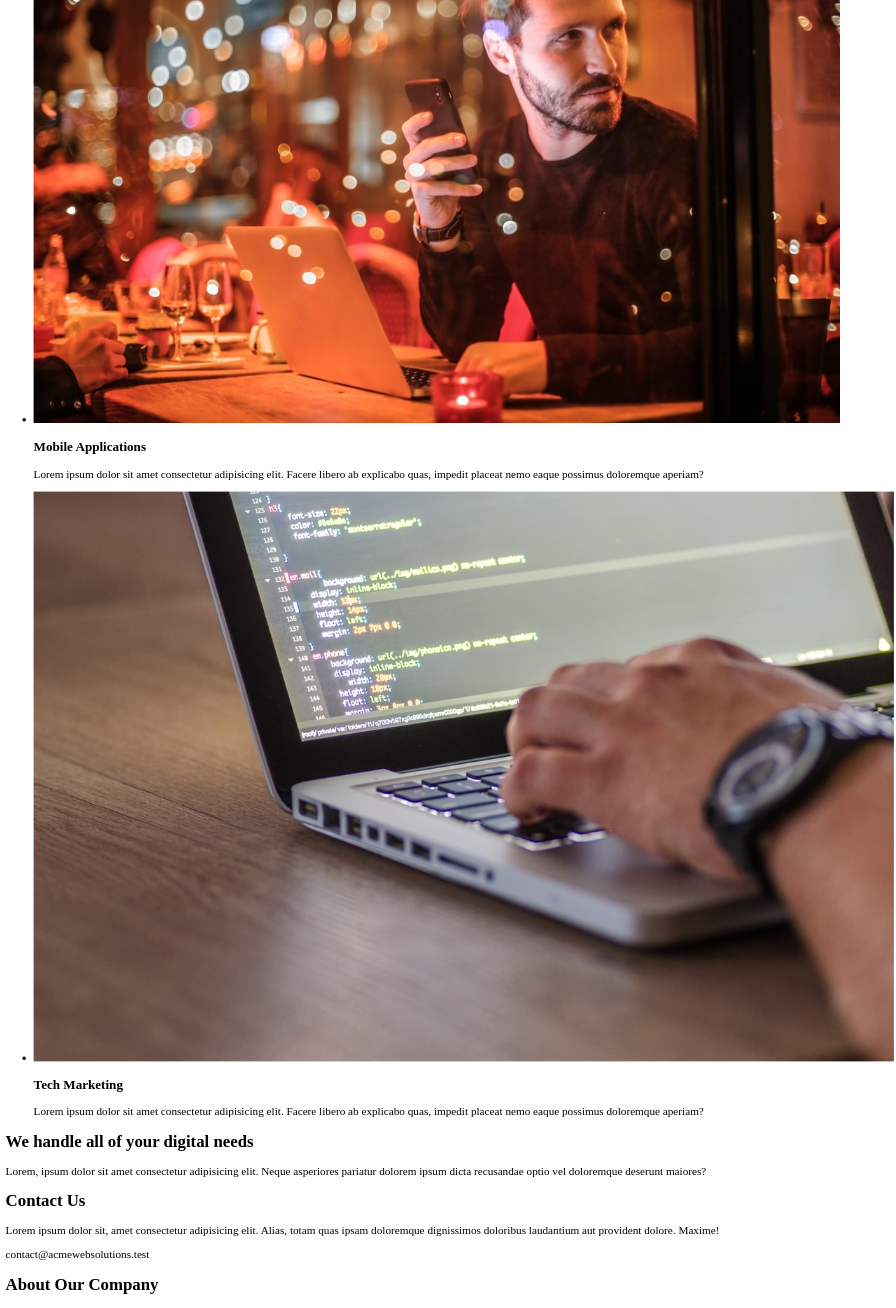
Repository: ErikBaer/MobileFirst
Page: index.html
The author's editor kept a copy of each file at every save. The page is drawn from the files as they stood at one save, then again after the next save.
The browser window is 1280 px wide. The pictures show the part of the page from y = 1325 to 3245 px (the page is 3193 px tall before and 3245 px after), at 70% of full size.

Above is the page before, as saved 2020-02-15 02:32:57.

After the next save:
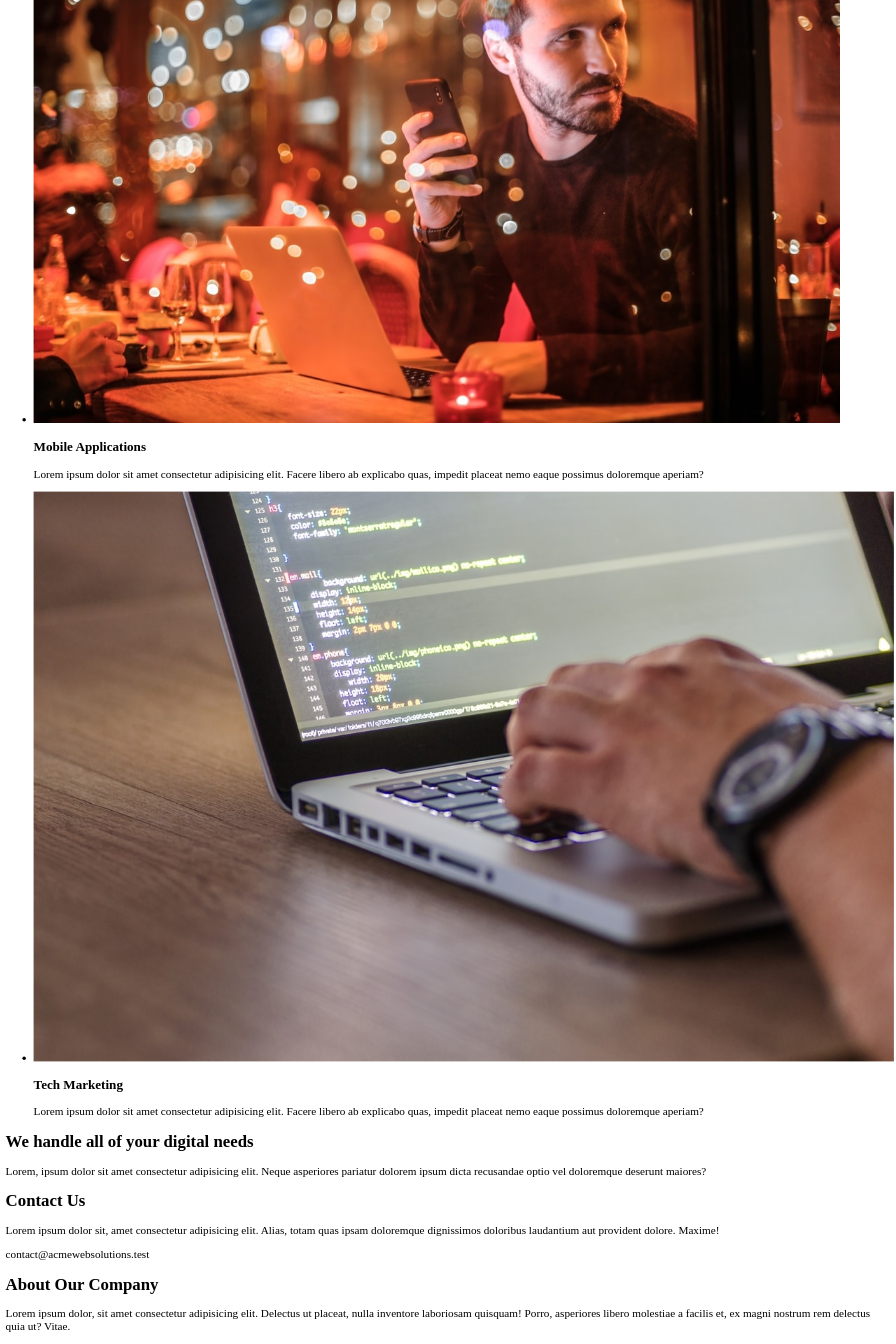
Saved 21 s later.
--- a/index.html
+++ b/index.html
@@ -100,7 +100,10 @@
         </div>
         <div class="box">
             <h2 class="content-title">About Our Company</h2>
-
+            <p>Lorem ipsum dolor, sit amet consectetur adipisicing elit.
+                Delectus ut placeat, nulla inventore laboriosam quisquam!
+                Porro, asperiores libero molestiae a facilis et, ex magni
+                 nostrum rem delectus quia ut? Vitae.</p>
         </div>
     </section>
 </main>
